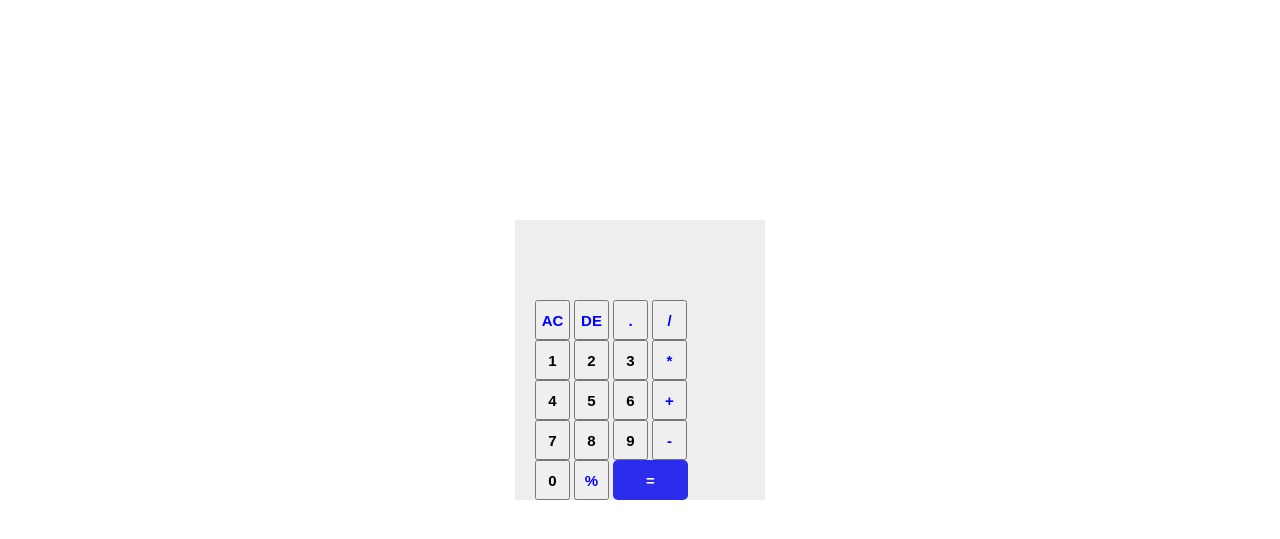
Repository: jerrys-arch/web-calculator
Page: index.html
The author's editor kept a copy of each file at every save. The page is drawn from the files as they stood at one save, then again after a run of saves.
The browser window is 1280 px wide. The pictures show the whole page.

Above is the page before, as saved 2024-11-30 05:59:30.

### index.html
<!DOCTYPE html>
<html lang="en">
<head>
    <meta charset="UTF-8">
    <meta name="viewport" content="width=device-width, initial-scale=1.0">
    <title>calculator</title>
    <link rel="stylesheet" href="styles.css">
</head>
<body>
    <div class="container">
        <div class="calculator">
            <form>
            <div class="display">
                <input id="display" type="text" disabled>
            </div>
            <div class="btn">
                <input type="button" value="AC" class="operator" onclick="clearDisplay()">
                <input type="button" value="DE" class="operator" onclick="deleteLast()">
                <input type="button" value="." class="operator" onclick="appendToDisplay('.')">
                <input type="button" value="/" class="operator" onclick="appendToDisplay('/')">
            </div>
            <div class="btn">
                <input type="button" value="1" onclick="appendToDisplay('1')">
                <input type="button" value="2" onclick="appendToDisplay('2')">
                <input type="button" value="3" onclick="appendToDisplay('3')">
                <input type="button" value="*" class="operator" onclick="appendToDisplay('*')">
            </div>
            <div>
                <input type="button" value="4" onclick="appendToDisplay('4')">
                <input type="button" value="5" onclick="appendToDisplay('5')">
                <input type="button" value="6" onclick="appendToDisplay('6')">
                <input type="button" value="+" class="operator" onclick="appendToDisplay('+')">
            </div>
            <div class="btn">
                <input type="button" value="7" onclick="appendToDisplay('7')" >
                <input type="button" value="8" onclick="appendToDisplay('8')">
                <input type="button" value="9" onclick="appendToDisplay('9')">
                <input type="button" value="-" class="operator" onclick="appendToDisplay('-')">
            </div>
            <div class="btn">
                <input type="button" value="0" onclick="appendToDisplay('0')">
                <input type="button" value="%" class="operator" onclick="calculatePercent()">
                <input type="button" value="=" id="equal" onclick="calculateResult()">
            </div>
        </form>
        </div>
    </div>
    <script src="script.js"></script>
</body>
</html>

### styles.css
*{
    margin:0;
    padding:0;
    box-sizing: border-box;
}

.container{
    display:flex;
    align-items: center;
    justify-content: center;
    height:100vh;
}
.calculator{
    align-items: center;
    padding-left:20px;
    width:250px;
    background: #eee;
}
.calculator form input{
    width:35px;
    height:40px;
   /* padding: 10px;*/
    border:non;
    font-size: 15px;
    font-weight: bold;
}
.calculator form .display{
   padding: 20px;

}
.calculator form #display{
   width:100%;
   border:none;
   background: transparent;
   text-align: right;
}
.calculator form #equal{
    width:75px;
    background: rgb(44, 44, 236);
    border:none;
   color:white;
   border-radius: 5px;
}
.operator{
    color:blue;
}

### script.js

const display = document.getElementById("display");
function appendToDisplay(value){
    display.value +=value;
}
function calculateResult(value){
    display.value=eval(display.value);
}
function clearDisplay(){
    display.value='';
}
function deleteLast(){
    display.value=display.value.slice(0,-1);
}
function calculatePercent(value){
   display.value=display.value/100;
}

After the next 3 saves:
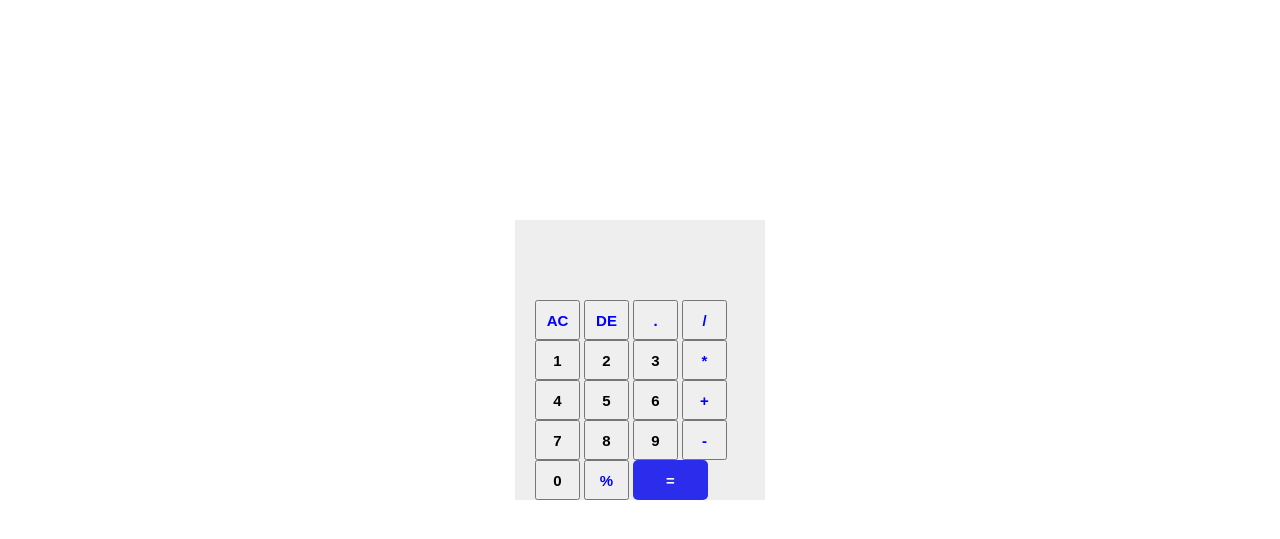
The 3 saves are shown as one change because they came seconds apart.
The last was saved 10 s later.
--- a/styles.css
+++ b/styles.css
@@ -17,7 +17,7 @@
     background: #eee;
 }
 .calculator form input{
-    width:35px;
+    width:45px;
     height:40px;
    /* padding: 10px;*/
     border:non;
